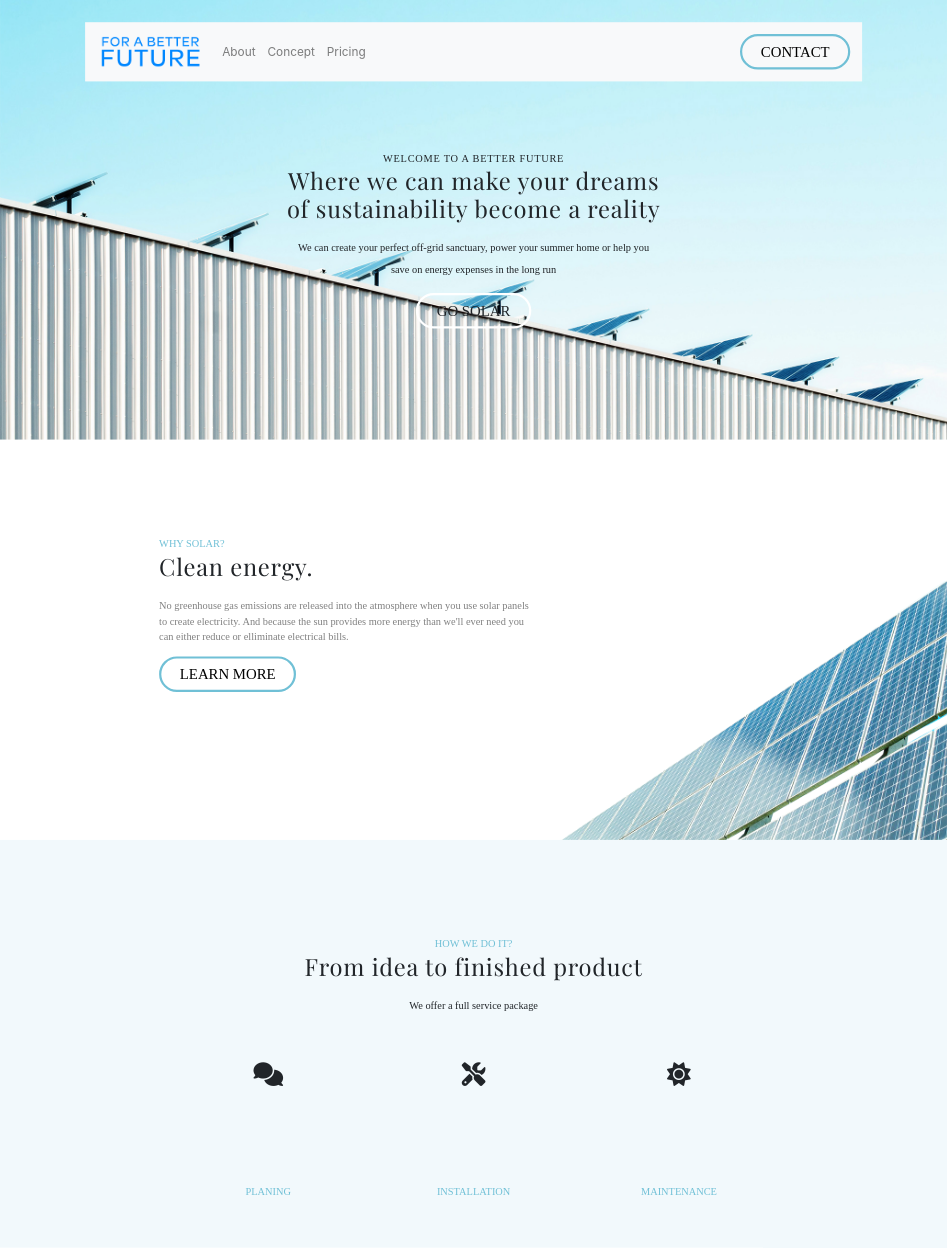
Repository: sabinemm/fabf
Page: index.html
The author's editor kept a record of every edit. The page is drawn from the files as they stood at one moment, then again after the next edit.
The browser window is 1280 px wide. The pictures show the whole page, at 74% of full size.
Backgrounds fixed to the window are drawn as part of the page. Some web fonts or font styles are not loaded; a fallback is used. Some web libraries are served in a nearby version.

Above is the page before.

### index.html
<!DOCTYPE html>
<html lang="en">

<head>
    <meta charset="UTF-8">
    <meta name="viewport" content="width=device-width, initial-scale=1.0">
    <meta http-equiv="X-UA-Compatible" content="ie=edge">
    <link rel="stylesheet" href="style.css" type="text/css" />
    <link rel="stylesheet" href="https://stackpath.bootstrapcdn.com/bootstrap/4.3.1/css/bootstrap.min.css" integrity="sha384-ggOyR0iXCbMQv3Xipma34MD+dH/1fQ784/j6cY/iJTQUOhcWr7x9JvoRxT2MZw1T" crossorigin="anonymous">
    <link rel="stylesheet" media="screen" href="https://fontlibrary.org/face/roundo" type="text/css" />
    <link rel="stylesheet" media="screen" href="https://fontlibrary.org/face/source-sans-pro" type="text/css" />
    <link href="https://fonts.googleapis.com/css?family=Playfair+Display&display=swap" rel="stylesheet">
    <script src="https://kit.fontawesome.com/7e530e9396.js"></script>
    <title>FOR A BETTER FUTURE</title>
</head>

<body>

    <!–-----– NAVBAR ------->

    <div class="container">
        <nav class="navbar navbar-fixed-top navbar-expand-lg navbar-light bg-light">
            <a class="navbar-brand" href="#">
          <img src="img/logo.svg" height="50px"alt="logo">
        </a>
            <button class="navbar-toggler" type="button" data-toggle="collapse" data-target="#navbarText" aria-controls="navbarText" aria-expanded="false" aria-label="Toggle navigation">
    <span class="navbar-toggler-icon"></span>
  </button>
            <div class="collapse navbar-collapse justify-content-center" id="navbarText">
                <ul class="navbar-nav mr-auto">
                    <li class="nav-item">
                        <a class="nav-link" href="#">About</a>
                    </li>
                    <li class="nav-item">
                        <a class="nav-link" href="#">Concept</a>
                    </li>
                    <li class="nav-item">
                        <a class="nav-link" href="#">Pricing</a>
                    </li>
                </ul>
                <span class="navbar-text">
          <button type="button" class="btn btn-blue-border">CONTACT</button>
    </span>
            </div>
        </nav>
    </div>

    <!–-----– FIRST SECTION ------->

    <section id="parallax">
        <div class="container">
            <div class="ltitle text-center">
                <p class="uppercase stitle">WELCOME TO A BETTER FUTURE</p>
                <h2> Where we can make your dreams <br> of sustainability become a reality </h2>
                <p class="tparagraph"> We can create your perfect off-grid sanctuary, power your summer home or help you <br> save on energy expenses in the long run</p>
                <button type="button" class="btn  btn-transp-white-border">GO SOLAR</button>
            </div>
        </div>
    </section>

    <!–-----– SECOND SECTION ------->

    <section id="clean">
        <div class="container container-fluid section-2">
            <div class="row">
                <div class="col col-md-6">
                    <p class="uppercase stitle stitle-blue">WHY SOLAR?</p>
                    <h2 class="ltitle ltitle2"> Clean energy.</h2>
                    <p class="tparagraph tparagraph2"> No greenhouse gas emissions are released into the atmosphere when you use solar panels to create electricity. And because the sun provides more energy than we'll ever need you can either reduce or elliminate electrical bills. </p>
                    <button type="button" class="btn btn-blue-border">LEARN MORE</button>

                </div>
            </div>

            <div class="container">
                <div class="col col-md-6 offset-md-6">
                    <img src="img/sidepanel.png" class="sidepanel"></img>
                </div>
            </div>
        </div>

    </section>

    <!–-----– THIRD SECTION ------->

    <section id="idea">
        <div class="idea-title text-center">
            <p class="uppercase stitle stitle-blue">HOW WE DO IT?</p>
            <h2 class="ltitle ltitle2"> From idea to finished product</h2>
            <p class="tparagraph">We offer a full service package</p>

        </div>
        <div class="container container-fluid ">
            <div class="row m-auto text-center justify-content-center">
                <div class=" col-sm-3 col-md-3">
                   <div class="icons"><i class="fas fa-comments fa-2x"></i></div>
                     <p class="uppercase stitle stitle-blue stitlen">PLANING</p>
                </div>
                <div class="col-sm-3 col-md-3">
                    <div class="icon"><i class="fas fa-tools fa-2x"></i></div>
                     <p class="uppercase stitle stitle-blue stitlen">INSTALLATION</p>
                </div>
                <div class="col-sm-3 col-md-3">
                    <div class="icon"><i class="fas fa-sun fa-2x"></i></div>
                     <p class="uppercase stitle stitle-blue stitlen">MAINTENANCE</p>
                </div>
            </div>

        </div>

    </section>

</body>

</html>

### style.css

/*-------------------navbar------------------*/

.navbar {
    margin-top: 30px;
    margin-left: 30px;
    margin-right: 30px;

}

@media (max-width:536px) {
    .navbar {
        margin-top: 15px;
        margin-left: 10px;
        margin-right: 10px;
    }
}

/*-------------------Buttons------------------*/

.btn-transp-white-border,
.btn-transp-white-border:hover,
.btn-transp-white-border:active,
.btn-transp-white-border:visited,
.btn-transp-white-border:active:focus,
.btn-transp-white-border:focus {
    background-color: rgba(0, 0, 0, 0);
    border: solid 3px white !important;
    border-radius: 30px !important;
    color: white;
    text-align: center;
    text-decoration: none;
    display: inline-block;
    font-size: 20px !important;
    font-family: 'SourceSansProRegular';
    padding-left: 25px !important;
    padding-right: 25px !important;
}


.btn-transp-white-border:hover {
    background-color: rgba(255, 255, 255, 0.5);
    padding-left: 25px;
    padding-right: 25px;
}


.btn-blue-border,
.btn-blue-border:hover,
.btn-blue-border:active,
.btn-blue-border:visited,
.btn-blue-border:active:focus,
.btn-blue-border:focus {
    background-color: rgba(0, 0, 0, 0) !important;
    border: solid 3px rgb(112, 192, 214) !important;
    border-radius: 30px !important;
    color: black !important;
    text-align: center;
    text-decoration: none;
    display: inline-block;
    font-size: 20px !important;
    font-family: 'SourceSansProRegular';
    padding-left: 25px !important;
    padding-right: 25px!important;
}

.btn-blue-border:hover {
    background-color: rgba(112, 192, 214, 0.5) !important;
    padding-left: 25px;
    padding-right: 25px;
}


/*-------------------SECTION 1 PAGE 1------------------*/

#parallax {
    background: url(img/1page1section.jpg);
    background-attachment: fixed;
    background-position: bottom;
    background-repeat: no-repeat;
    background-size: cover;
    margin-top: -110px;
}

@media (max-width:536px) {
    #parallax {
        margin-top: -110px;
    }
}

.stitle {
    font-size: 14px;
    font-family: 'RoundoRegular';
    font-weight: 500;
    font-style: normal;
    margin-bottom: -5px;
}

.ltitle {
    padding-top: 200px;
    font-family: 'Playfair Display';
    letter-spacing: 1px;
    line-height: 30px;
    padding-bottom: 150px;
}

@media (max-width:768px) {
    .ltitle {
        padding-top: 150px;
        padding-bottom: 100px;
    }
}

.tparagraph {
    padding-top: 10px;
    font-family: 'SourceSansProRegular';
    font-weight: normal;
    font-style: normal;
    font-size: 14px;
    letter-spacing: 0;
}

@media (max-width:768px) {
    br {
        display: none !important;
        visibility: hidden;
    }
}

/*-------------------SECTION 2 PAGE 1------------------*/
#clean {
    padding-left: 0;
}
@media (min-width:768px) {
#clean {
    padding-left: 200px;
}
}


.stitle-blue {
    color:rgb(112, 192, 214);
    padding-top: 70px;

}

@media (min-width:768px) {
    .stitle-blue {
        padding-top: 130px;
    }
}

.ltitle2 {
padding-top: 10px;
padding-bottom: 10px;
}

.tparagraph2 {
    color: gray;

}

.section-2 {
  padding-bottom: 100px;
}

.sidepanel {
position:relative;
float: right;
height:400px;
margin-top: -150px;
margin-right: -45px;
z-index: -1;
}

/*-------------------SECTION 3 PAGE 1------------------*/

#idea {
    background-color: rgb(242, 249,252);
     padding-bottom: 70px;
}

.idea-title {;
    padding-bottom: 50px;
    margin-top: 100px;
}

.section-3 {

}

After the next edit:
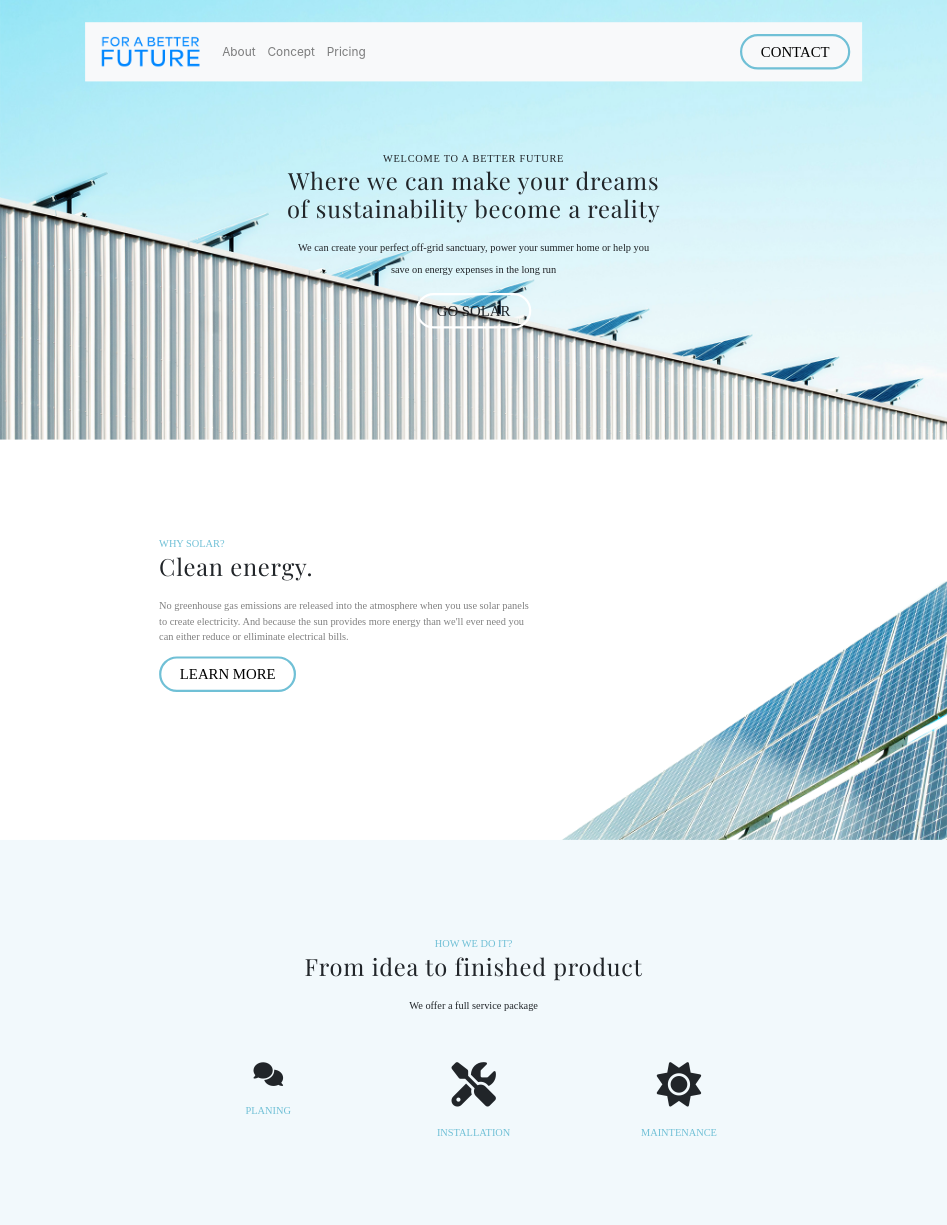
The edit:
--- a/style.css
+++ b/style.css
@@ -185,6 +185,12 @@
     margin-top: 100px;
 }
 
-.section-3 {
+.icon {
+    font-size: 30px;
 
 }
+
+.stitlen {
+    padding-top: 20px;
+    padding-bottom: 50px;
+}

After the edit that followed:
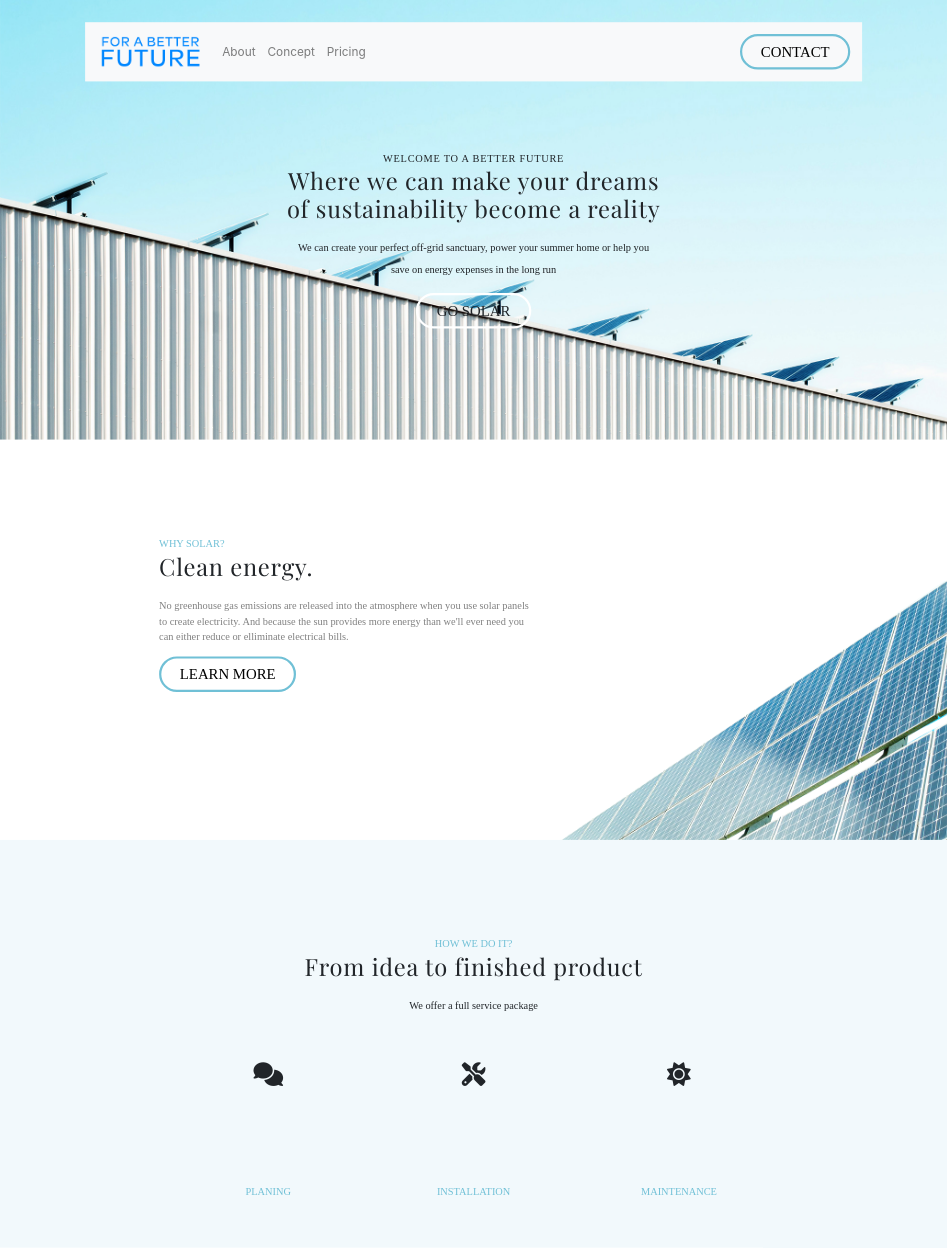
The edit:
--- a/style.css
+++ b/style.css
@@ -185,8 +185,8 @@
     margin-top: 100px;
 }
 
-.icon {
-    font-size: 30px;
+/*.icon {
+    font-size: 50px;
 
 }
 
